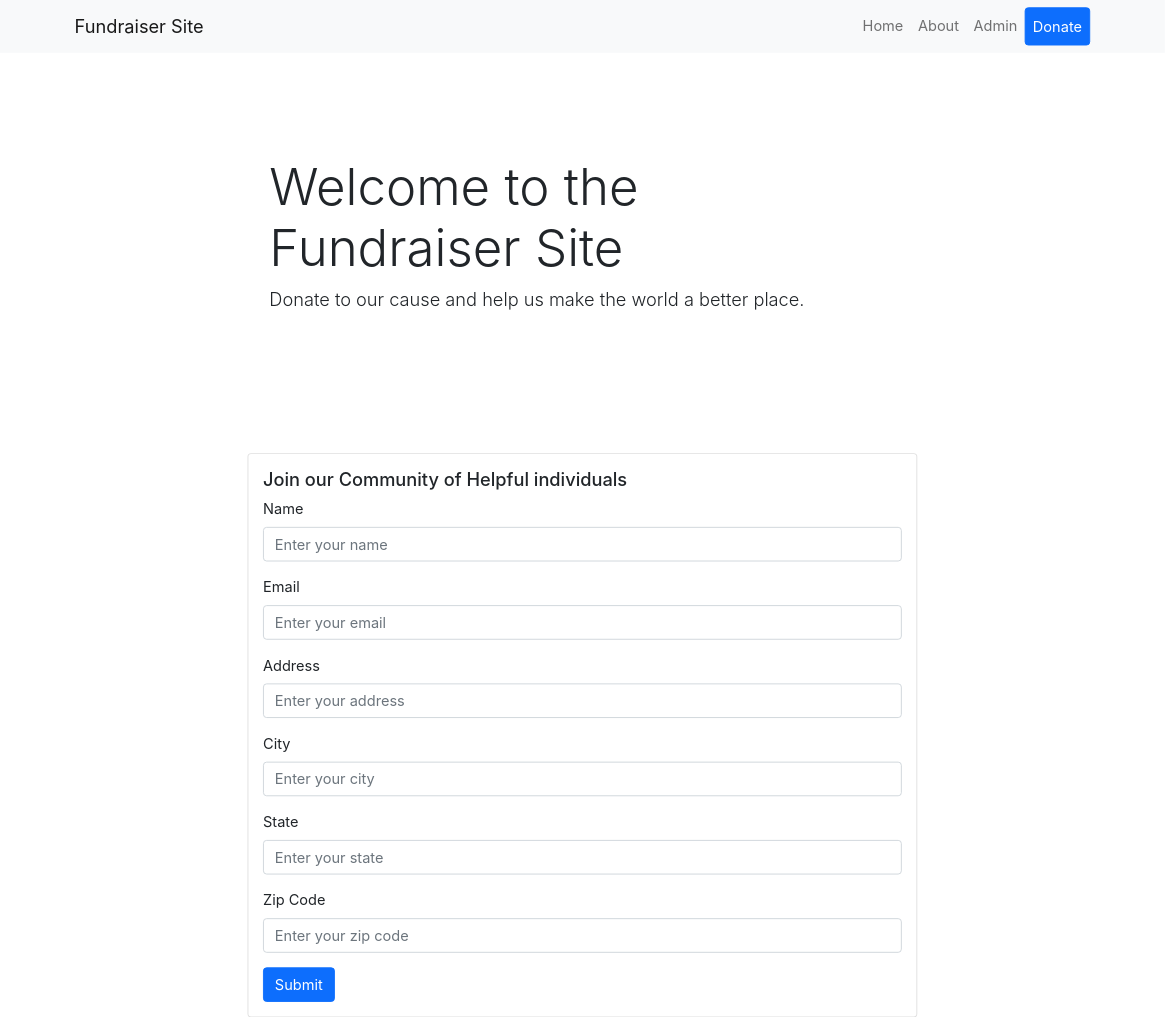
Repository: DragonFruit8/Fundraiser-Page
Page: /
The author's editor kept a copy of each file at every save. The page is drawn from the files as they stood at one save, then again after a run of saves.
The browser window is 1280 px wide. The pictures show the whole page, at 91% of full size.
The project was rebuilt for these pictures with package versions that can differ from the ones it lists, and the page was loaded fresh each time. Also part of the build but not shown: src/pages/About.js, src/pages/Donate.js, src/pages/Admin.js.

Above is the page before, as saved 2024-07-19 12:44:25.

### public/index.html
<!DOCTYPE html>
<html lang="en">
  <head>
    <meta charset="utf-8" />
    <link rel="icon" href="%PUBLIC_URL%/favicon.ico" />
    <meta name="viewport" content="width=device-width, initial-scale=1" />
    <meta name="theme-color" content="#000000" />
    <meta
      name="description"
      content="Web site created using create-react-app"
    />
    <link rel="apple-touch-icon" href="%PUBLIC_URL%/logo192.png" />
    <link
      href="https://cdn.jsdelivr.net/npm/bootstrap@5.0.2/dist/css/bootstrap.min.css"
      rel="stylesheet"
      integrity="sha384-EVSTQN3/azprG1Anm3QDgpJLIm9Nao0Yz1ztcQTwFspd3yD65VohhpuuCOmLASjC"
      crossorigin="anonymous"
    />
    <!--
      manifest.json provides metadata used when your web app is installed on a
      user's mobile device or desktop. See https://developers.google.com/web/fundamentals/web-app-manifest/
    -->
    <link rel="manifest" href="%PUBLIC_URL%/manifest.json" />
    <!--
      Notice the use of %PUBLIC_URL% in the tags above.
      It will be replaced with the URL of the `public` folder during the build.
      Only files inside the `public` folder can be referenced from the HTML.

      Unlike "/favicon.ico" or "favicon.ico", "%PUBLIC_URL%/favicon.ico" will
      work correctly both with client-side routing and a non-root public URL.
      Learn how to configure a non-root public URL by running `npm run build`.
    -->
    <title>React App</title>
  </head>
  <body>
    <noscript>You need to enable JavaScript to run this app.</noscript>
    <div id="root"></div>
    <!--
      This HTML file is a template.
      If you open it directly in the browser, you will see an empty page.

      You can add webfonts, meta tags, or analytics to this file.
      The build step will place the bundled scripts into the <body> tag.

      To begin the development, run `npm start` or `yarn start`.
      To create a production bundle, use `npm run build` or `yarn build`.
    -->
    <script
      src="https://cdn.jsdelivr.net/npm/bootstrap@5.0.2/dist/js/bootstrap.bundle.min.js"
      integrity="sha384-MrcW6ZMFYlzcLA8Nl+NtUVF0sA7MsXsP1UyJoMp4YLEuNSfAP+JcXn/tWtIaxVXM"
      crossorigin="anonymous"
    ></script>
    <script
      src="https://cdn.jsdelivr.net/npm/@popperjs/core@2.9.2/dist/umd/popper.min.js"
      integrity="sha384-IQsoLXl5PILFhosVNubq5LC7Qb9DXgDA9i+tQ8Zj3iwWAwPtgFTxbJ8NT4GN1R8p"
      crossorigin="anonymous"
    ></script>
    <script
      src="https://cdn.jsdelivr.net/npm/bootstrap@5.0.2/dist/js/bootstrap.min.js"
      integrity="sha384-cVKIPhGWiC2Al4u+LWgxfKTRIcfu0JTxR+EQDz/bgldoEyl4H0zUF0QKbrJ0EcQF"
      crossorigin="anonymous"
    ></script>
  </body>
</html>

### src/App.js
import React from 'react';
import { BrowserRouter as Router, Route, Routes } from 'react-router-dom';
import Home from './pages/Home';
import About from './pages/About';
import Donate from './pages/Donate';
import Admin from './pages/Admin';
import Navbar from './components/Navbar';

const App = () => {
  return (
    <Router>
      <Navbar />
      <Routes>
        <Route path="/" element={<Home />} />
        <Route path="/about" element={<About />} />
        <Route path="/donate" element={<Donate />} />
        <Route path="/admin" element={<Admin />} />
      </Routes>
    </Router>
  );
};

export default App;

### src/pages/Home.js

import React, { useState } from 'react';


const Home = () => {
    const [residentialInfo, setResidentialInfo] = useState({
        address: '',
        city: '',
        state: '',
        zipCode: ''
    });

    const handleChange = (e) => {
        setResidentialInfo({
            ...residentialInfo,
            [e.target.name]: e.target.value
        });
    };

    const handleSubmit = (e) => {
        e.preventDefault();
        // Send residentialInfo to the association for neighbors
        console.log(residentialInfo);
        // Reset the form
        setResidentialInfo({
            address: '',
            city: '',
            state: '',
            zipCode: ''
        });
    };

    return (
        <section className="container">
            <div className="row justify-content-center">
                <div className="col-md-8">
                    <div className="d-flex container row h-50 justify-content-center align-items-center">
                        <div className="col">
                            <h1 className="display-4">Welcome to the Fundraiser Site</h1>
                            <p className="lead">Donate to our cause and help us make the world a better place.</p>
                        </div>
                    </div>
                    <div className="card mt-4">
                        <div className="card-body">
                            <h5 className="card-title">Join our Community of Helpful individuals</h5>
                            <form onSubmit={handleSubmit}>
                                <div className="mb-3">
                                    <label htmlFor="name" className="form-label">Name</label>
                                    <input type="text" className="form-control" id="name" placeholder="Enter your name" />
                                </div>
                                <div className="mb-3">
                                    <label htmlFor="email" className="form-label">Email</label>
                                    <input type="email" className="form-control" id="email" placeholder="Enter your email" />
                                </div>
                                <div className="mb-3">
                                    <label htmlFor="address" className="form-label">Address</label>
                                    <input type="text" className="form-control" id="address" name="address" value={residentialInfo.address} onChange={handleChange} placeholder="Enter your address" />
                                </div>
                                <div className="mb-3">
                                    <label htmlFor="city" className="form-label">City</label>
                                    <input type="text" className="form-control" id="city" name="city" value={residentialInfo.city} onChange={handleChange} placeholder="Enter your city" />
                                </div>
                                <div className="mb-3">
                                    <label htmlFor="state" className="form-label">State</label>
                                    <input type="text" className="form-control" id="state" name="state" value={residentialInfo.state} onChange={handleChange} placeholder="Enter your state" />
                                </div>
                                <div className="mb-3">
                                    <label htmlFor="zipCode" className="form-label">Zip Code</label>
                                    <input type="text" className="form-control" id="zipCode" name="zipCode" value={residentialInfo.zipCode} onChange={handleChange} placeholder="Enter your zip code" />
                                </div>
                                <button type="submit" className="btn btn-primary">Submit</button>
                            </form>
                        </div>
                    </div>
                </div>
            </div>
        </section>
    );
    };


export default Home;

### src/components/Navbar.js
import React from 'react';
import { Link } from 'react-router-dom';

const Navbar = () => {
    return (
        <nav className="navbar navbar-expand-lg navbar-light bg-light">
            <div className="container">
                <Link className="navbar-brand" to="/">Fundraiser Site</Link>
                <button className="navbar-toggler" type="button" data-bs-toggle="collapse" data-bs-target="#navbarNav" aria-controls="navbarNav" aria-expanded="false" aria-label="Toggle navigation">
                    <span className="navbar-toggler-icon"></span>
                </button>
                <div className="collapse navbar-collapse" id="navbarNav">
                    <ul className="navbar-nav ms-auto">
                        <li className="nav-item">
                            <Link className="nav-link" to="/">Home</Link>
                        </li>
                        <li className="nav-item">
                            <Link className="nav-link" to="/about">About</Link>
                        </li>
                        <li className="nav-item">
                            <Link className="nav-link" to="/admin">Admin</Link>
                        </li>
                        <li className="nav-item">
                            <Link className="nav-link btn btn-primary text-white" to="/donate">Donate</Link>
                        </li>
                    </ul>
                </div>
            </div>
        </nav>
    );
}

export default Navbar;

Loaded but not shown: src/index.js (common file); src/index.css (common file)

After the next 2 saves:
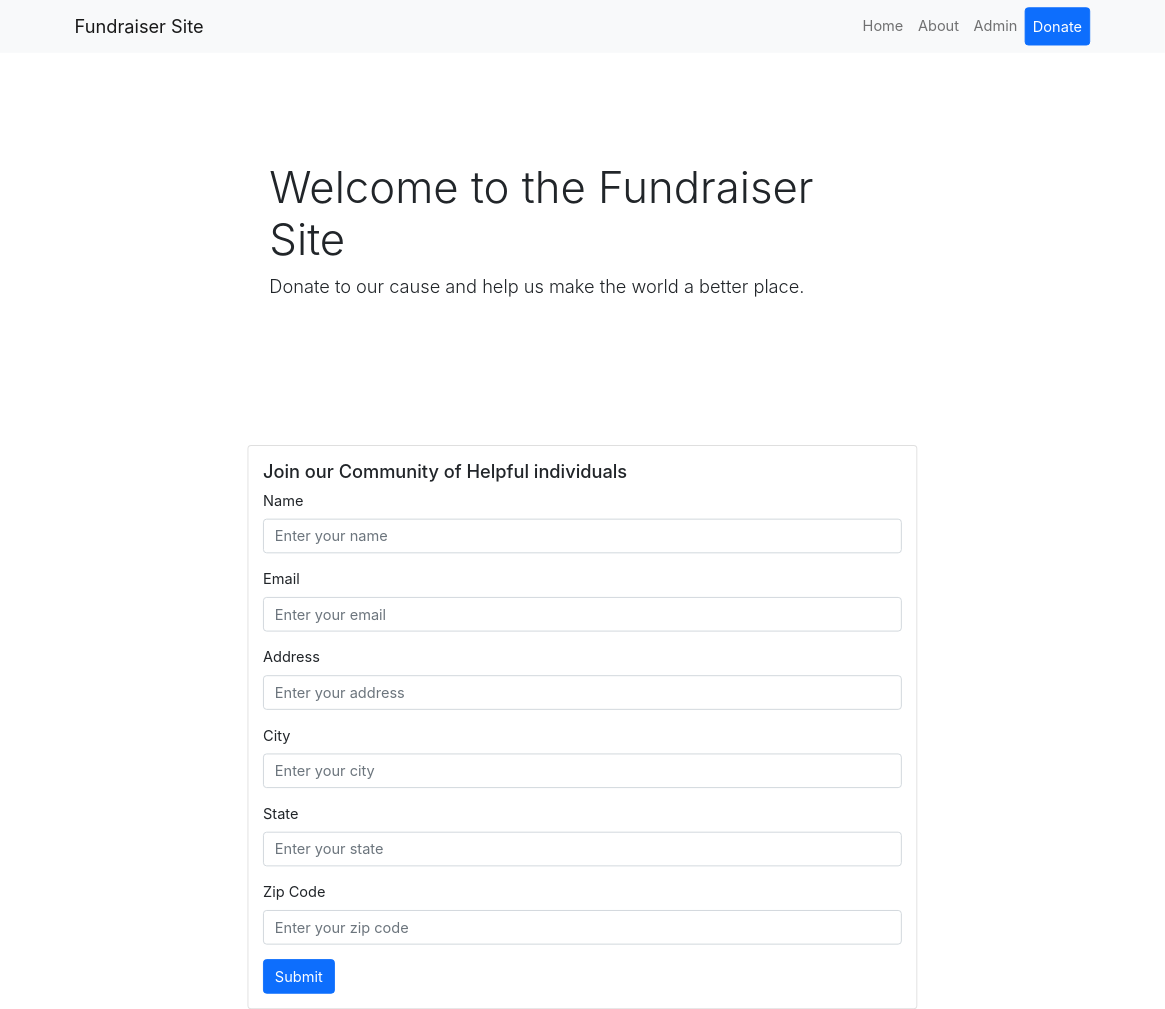
The 2 saves are shown as one change because they came seconds apart.
The last was saved 11 s later.
--- a/src/pages/Home.js
+++ b/src/pages/Home.js
@@ -36,7 +36,7 @@ const Home = () => {
                 <div className="col-md-8">
                     <div className="d-flex container row h-50 justify-content-center align-items-center">
                         <div className="col">
-                            <h1 className="display-4">Welcome to the Fundraiser Site</h1>
+                            <h1 className="display-5">Welcome to the Fundraiser Site</h1>
                             <p className="lead">Donate to our cause and help us make the world a better place.</p>
                         </div>
                     </div>
